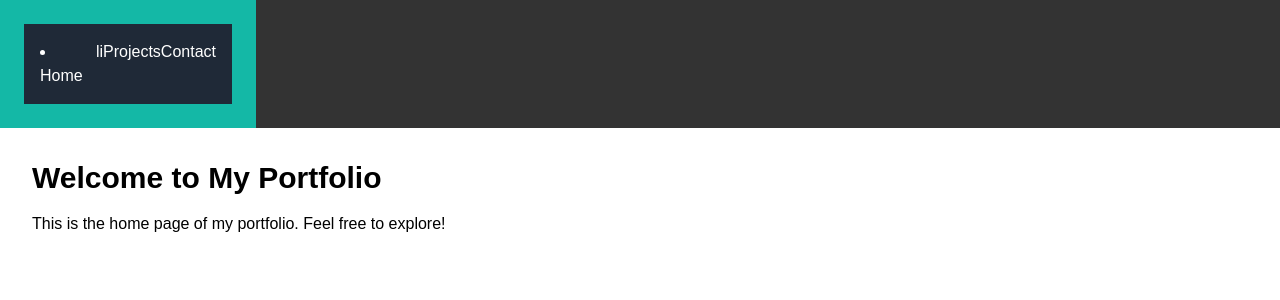
Repository: feyroozecode/feyroozecode.github.io
Page: index.html
An editor plug-in stored every save of this project. The page is shown before and after a run of saves, followed by the edit.
The browser window is 1280 px wide. The pictures show the whole page.
Some web libraries are served in a nearby version.

Above is the page before, as saved 2023-11-30 21:27:54.

### index.html
<!DOCTYPE html>
<html lang="en">
<head>
  <meta charset="UTF-8">
  <meta name="viewport" content="width=device-width, initial-scale=1.0">
  <title>Portfolio SPA</title>
  <link rel="stylesheet" href="https://cdn.jsdelivr.net/npm/tailwindcss@2.2.19/dist/tailwind.min.css">
  <style>
    body {
      font-family: 'Arial', sans-serif;
      margin: 0;
      padding: 0;
    }

    header {
      background-color: #333;
    }

    nav {
      display: flex;
      justify-content: space-around;
      padding: 1rem;
    }

    nav a {
      color: white;
      text-decoration: none;
    }

    main {
      padding: 2rem;
    }
  </style>
     <script src="https://cdn.tailwindcss.com"></script>
</head>
</head>
<body>

    <!-- sidebar-->
<header class="text-white">
    <aside class="bg-teal-500 w-64 p-6">
    <nav class="bg-gray-800">
        <li>
            <a href="#" onclick="navigateTo('home')">Home</a>
        </li>
       li
        <a href="#" onclick="navigateTo('projects')">Projects</a>
        <a href="#" onclick="navigateTo('contact')">Contact</a>
    </nav>
    </aside>
</header>

<main id="app">
  <!-- Content will be dynamically updated here -->
</main>

<script>
  function navigateTo(page) {
    switch (page) {
      case 'home':
        renderHome();
        break;
      case 'about':
        renderAbout();
        break;
      case 'projects':
        renderProjects();
        break;
      case 'contact':
        renderContact();
        break;
      default:
        renderHome();
    }
  }

  function renderHome() {
    document.getElementById('app').innerHTML = `
      <h2 class="text-3xl font-bold mb-4">Welcome to My Portfolio</h2>
      <p>This is the home page of my portfolio. Feel free to explore!</p>
    `;
  }

  function renderAbout() {
    document.getElementById('app').innerHTML = `
      <h2 class="text-3xl font-bold mb-4">About Me</h2>
      <p>This is the about me section of my portfolio. Learn more about who I am and my skills.</p>
    `;
  }

  function renderProjects() {
    document.getElementById('app').innerHTML = `
      <h2 class="text-3xl font-bold mb-4">My Projects</h2>
      <p>Explore the projects I have worked on in this section.</p>
    `;
  }

  function renderContact() {
    document.getElementById('app').innerHTML = `
      <h2 class="text-3xl font-bold mb-4">Contact Me</h2>
      <p>Feel free to contact me through the provided information.</p>
    `;
  }

  // Initial load
  navigateTo('home');
</script>

</body>
</html>

After the next 2 saves:
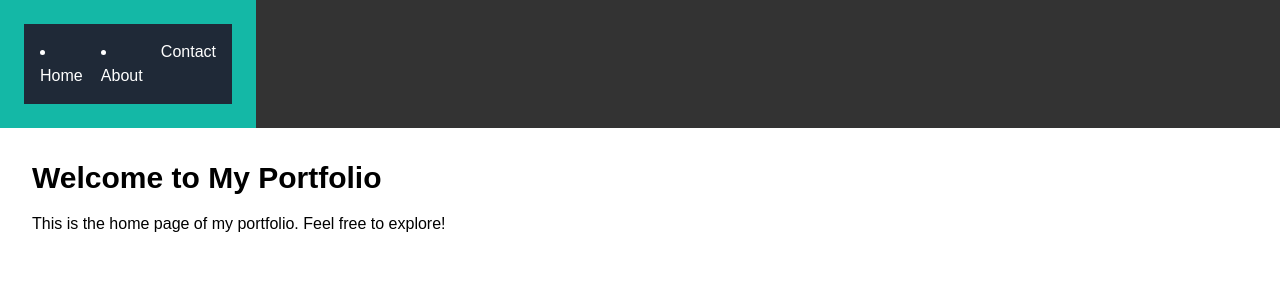
The 2 saves are shown as one change because they came seconds apart.
The last was saved 8 s later.
--- a/index.html
+++ b/index.html
@@ -43,8 +43,10 @@
         <li>
             <a href="#" onclick="navigateTo('home')">Home</a>
         </li>
-       li
-        <a href="#" onclick="navigateTo('projects')">Projects</a>
+       <li>
+         <a href="#" onclick="navigateTo('about')">About</a>
+       </li>
+
         <a href="#" onclick="navigateTo('contact')">Contact</a>
     </nav>
     </aside>
